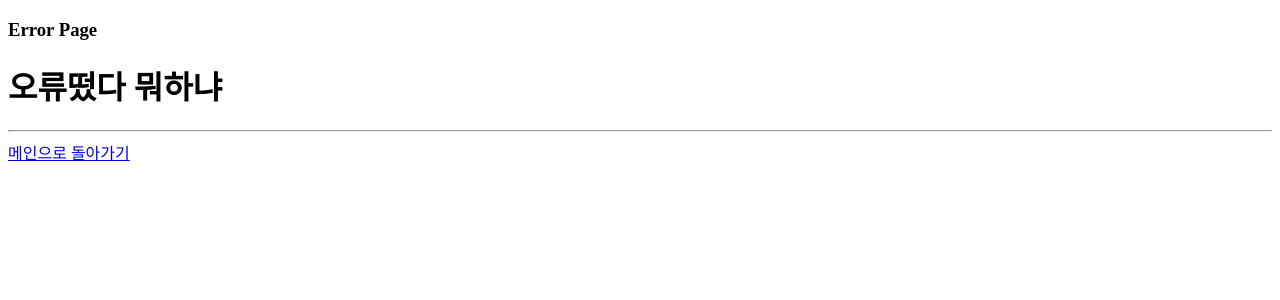
Repository: gitgw016/jsp
Page: http://localhost/07_directive_tag/page_04_error.jsp
These files come from the project's save history. The page is drawn as it stood at one moment and after the next save; the edit follows.
The browser window is 1280 px wide. The pictures show the whole page.
The page is served by Tomcat 9.

Above is the page before, as saved 2021-12-08 05:02:49.

After the next save:
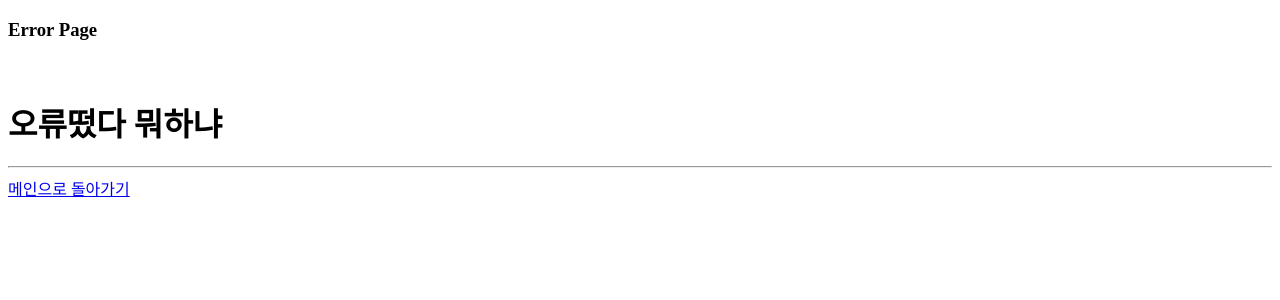
Saved 9 s later.
--- a/07_directive_tag/src/main/webapp/page_error.jsp
+++ b/07_directive_tag/src/main/webapp/page_error.jsp
@@ -7,7 +7,7 @@
 <title>Error Page</title>
 </head>
 <body>
-	<h3>Error Page</h3>
+	<h3>Error Page</h3><br/>
 	<h1>오류떴다 뭐하냐</h1>
 	<hr/>
 	<a href="index.jsp">메인으로 돌아가기</a>
